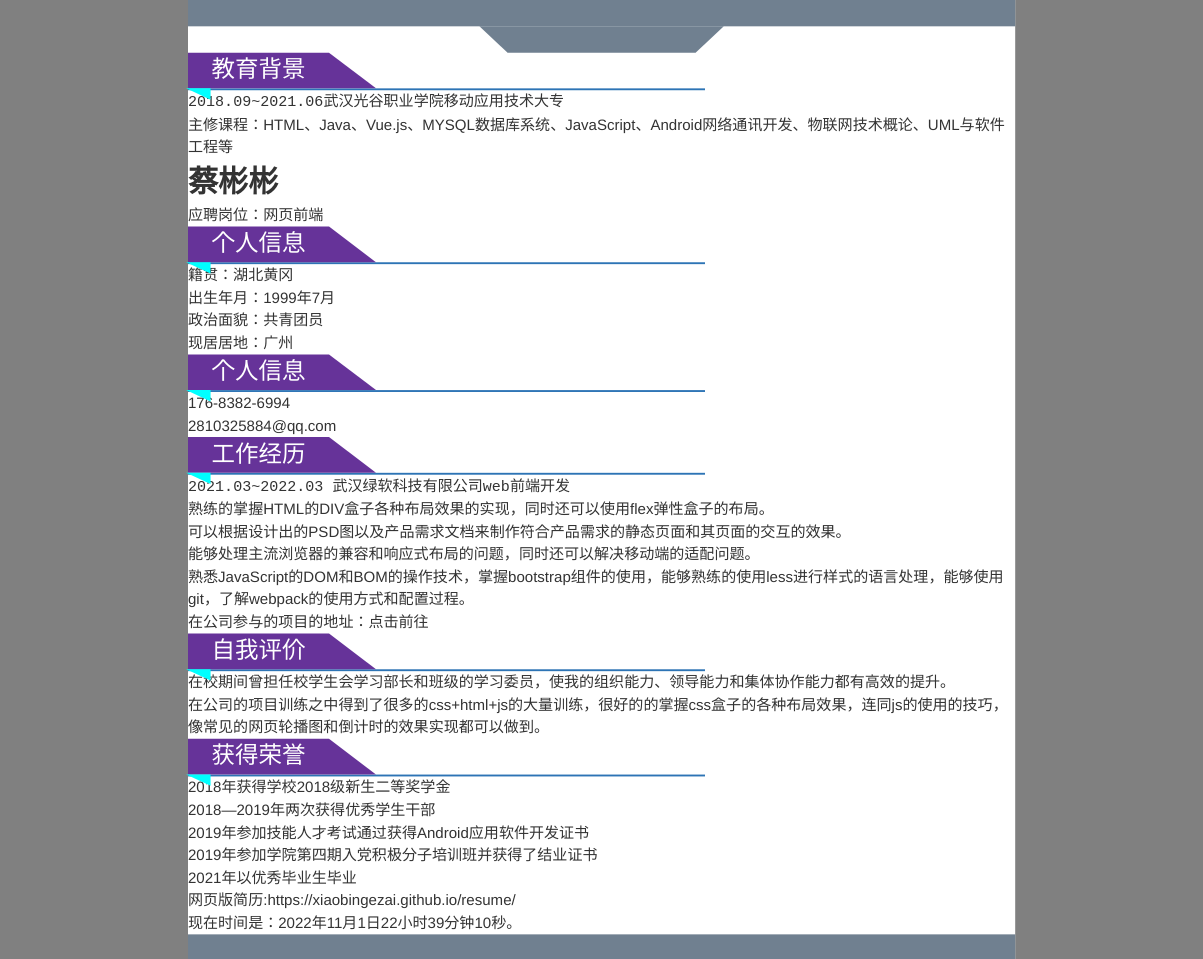
Repository: xiaobingezai/resume
Page: index.html
The author's editor kept a copy of each file at every save. The page is drawn from the files as they stood at one save, then again after the next save.
The browser window is 1280 px wide. The pictures show the whole page, at 94% of full size.

Above is the page before, as saved 2022-11-02 22:41:55.

### index.html
<!DOCTYPE html>
<html lang="en">

<head>
    <meta charset="UTF-8">
    <meta http-equiv="X-UA-Compatible" content="IE=edge">
    <meta name="viewport" content="width=device-width, initial-scale=1.0">
    <title>Document</title>
    <link rel="stylesheet" href="css/index.css">
</head>

<body>
    <div class="wrapper" id="zhengTi">
        <div class="tiXing1"></div>
        <div id="head">
            <div class="jiaoYuBeiJing">
                <div class="zhuangShiTuPian"><samp>教育背景</samp></div>
                <div class="samp1">
                    <samp>2018.09~2021.06</samp><samp>武汉光谷职业学院</samp><samp>移动应用技术</samp><samp>大专</samp>
                </div>
                <p>主修课程：HTML、Java、Vue.js、MYSQL数据库系统、JavaScript、Android网络通讯开发、物联网技术概论、UML与软件工程等</p>
            </div>
            <div id="content" class="clearfix">
                <div class="gongZuoJingLi1">
                    <div class="first">
                        <h1>蔡彬彬</h1>
                        <p>应聘岗位：网页前端</p>
                    </div>
                    <div class="second">
                        <div class="zhuangShiTuPian"><samp>个人信息</samp></div>
                        <ul class="ul1">
                            <li>籍贯：湖北黄冈</li>
                            <li>出生年月：1999年7月</li>
                            <li>政治面貌：共青团员</li>
                            <li>现居居地：广州</li>
                        </ul>
                    </div>
                    <div class="third">
                        <div class="zhuangShiTuPian"><samp>个人信息</samp></div>
                        <ul class="ul2">
                            <li>176-8382-6994</li>
                            <li>2810325884@qq.com</li>
                        </ul>
                    </div>
                </div>
                <div class="gongZuoJingLi">
                    <div class="zhuangShiTuPian"><samp>工作经历</samp></div>

                    <ul class="gongZuoJingLi2">
                        <div class="gongZuo">
                            <samp>2021.03~2022.03 </samp><samp>武汉绿软科技有限公司</samp><samp>web前端开发</samp>
                        </div>
                        <li>熟练的掌握HTML的DIV盒子各种布局效果的实现，同时还可以使用flex弹性盒子的布局。</li>
                        <li>可以根据设计出的PSD图以及产品需求文档来制作符合产品需求的静态页面和其页面的交互的效果。</li>
                        <li>能够处理主流浏览器的兼容和响应式布局的问题，同时还可以解决移动端的适配问题。</li>
                        <li>熟悉JavaScript的DOM和BOM的操作技术，掌握bootstrap组件的使用，能够熟练的使用less进行样式的语言处理，能够使用git，了解webpack的使用方式和配置过程。</li>
                        <li>在公司参与的项目的地址：<a href="http://www.downyi.com/" target="blank">点击前往</a></li>
                    </ul>
                </div>
            </div>
            <div id="tail" class="clearfix">
                <div class="diBu1">
                    <div class="zhuangShiTuPian"><samp>自我评价</samp></div>
                    <ul>
                        <li>在校期间曾担任校学生会学习部长和班级的学习委员，使我的组织能力、领导能力和集体协作能力都有高效的提升。</li>
                        <li>在公司的项目训练之中得到了很多的css+html+js的大量训练，很好的的掌握css盒子的各种布局效果，连同js的使用的技巧，像常见的网页轮播图和倒计时的效果实现都可以做到。</li>
                    </ul>
                </div>
                <div class="diBu2">
                    <div class="zhuangShiTuPian"><samp>获得荣誉</samp></div>
                    <ul>
                        <li>2018年获得学校2018级新生二等奖学金</li>
                        <li>2018—2019年两次获得优秀学生干部</li>
                        <li>2019年参加技能人才考试通过获得Android应用软件开发证书</li>
                        <li>2019年参加学院第四期入党积极分子培训班并获得了结业证书</li>
                        <li>2021年以优秀毕业生毕业</li>
                    </ul>
                </div>
                <div id="jianLi">
                    <p >网页版简历:<a href="https://xiaobingezai.github.io/resume/" target="blank">https://xiaobingezai.github.io/resume/</a></p>
                    <div class="daoJiShi"></div>
                </div>
            </div>
        </div>
        <!-- 底部 -->
        <div class="tiXing2"></div>
    </div>
    <script src="./js/index.js"></script>
</body>

</html>

### css/index.css
/* 清除默认样式的代码 */
/* 去除常见标签默认的 margin 和 padding */
body,
h1,
h2,
h3,
h4,
h5,
h6,
p,
ul,
ol,
li,
dl,
dt,
dd,
input {
    margin: 0;
    padding: 0;
}

/* 內减模式 */
* {
    box-sizing: border-box;
}

/* 设置网页统一的字体大小、行高、字体系列相关属性 */
body {
    font: 16px/1.5 "Helvetica Neue", Helvetica, Arial, "Microsoft Yahei",
        "Hiragino Sans GB", "Heiti SC", "WenQuanYi Micro Hei", sans-serif;
    color: #333;
}

/* 去除列表默认样式 */
ul,
ol {
    list-style: none;
}

/* 去除默认的倾斜效果 */
em,
i {
    font-style: normal;
}

/* 去除a标签默认下划线，并设置默认文字颜色 */
a {
    text-decoration: none;
    color: #333;
}

/* 设置img的垂直对齐方式为居中对齐，去除img默认下间隙 */
img {
    vertical-align: middle;
}

/* 去除input默认样式 */
input {
    border: none;
    outline: none;
    color: #333;
}

/* 左浮动 */
.fl {
    float: left;
}

/* 右浮动 */
.fr {
    float: right;
}

/* 双伪元素清除法 */
.clearfix::before,
.clearfix::after {
    content: "";
    display: table;
}

.clearfix::after {
    clear: both;
}

/* 版心居中 */
.wrapper {
    width: 880px;
    margin: 0 auto;
}

body{
    background-color: rgba(128, 128,128);
}
/* 装饰横条背景 */
.zhuangShiTuPian {
    position: relative;
    text-align: center;
    line-height: 40px;
    font-size: 25px;
    color: #fff;
    width: 550px;
    height: 40px;
    border-bottom: 2px solid #2d74b5;
}
.zhuangShiTuPian::after {
    content: '';
    position: absolute;
    left: -2px;

    width: 0;
    height: 0;
    border-width: 0 26px 12px 0;
    border-style: solid;
    border-color: transparent aqua;
}
.zhuangShiTuPian samp {
    display: block;
    width: 200px;
    height: 0;
    border-bottom: 38px solid rebeccapurple;
    border-right: 50px solid transparent;
}

/* 最外层的盒子的样式设置 */
#zhengTi {
    background-color: #fff;
    border-top: 28px solid #708090 ;
    border-bottom: 28px solid #708090 ;
}
#zhengTi .tiXing1 {
    width: 260px;
    height: 0;
    margin: 0 auto;
    border-top: 28px solid #708090;
    border-left: 30px solid transparent;
    border-right: 30px solid transparent;
}

/* head的区域 */
#zhengTi .head {
    padding-left: 30px;
}

### js/index.js
let daoJiShi = document.querySelector('.daoJiShi');
            shiJian();
            function shiJian() {
                let time = new Date();
                let nian = time.getFullYear();
                let yue = time.getMonth();
                let ri = time.getDate();
                let h = time.getHours();
                let m = time.getMinutes();
                let s = time.getSeconds();
                let dangQianShiJian = '现在时间是：' + +nian + '年' + (yue + 1) + '月' + ri + '日' + h + '小时' + m + '分钟' + s + '秒' +
                    '。';
                daoJiShi.innerHTML = dangQianShiJian;
            }
            setInterval('shiJian()', 1000);

After the next save:
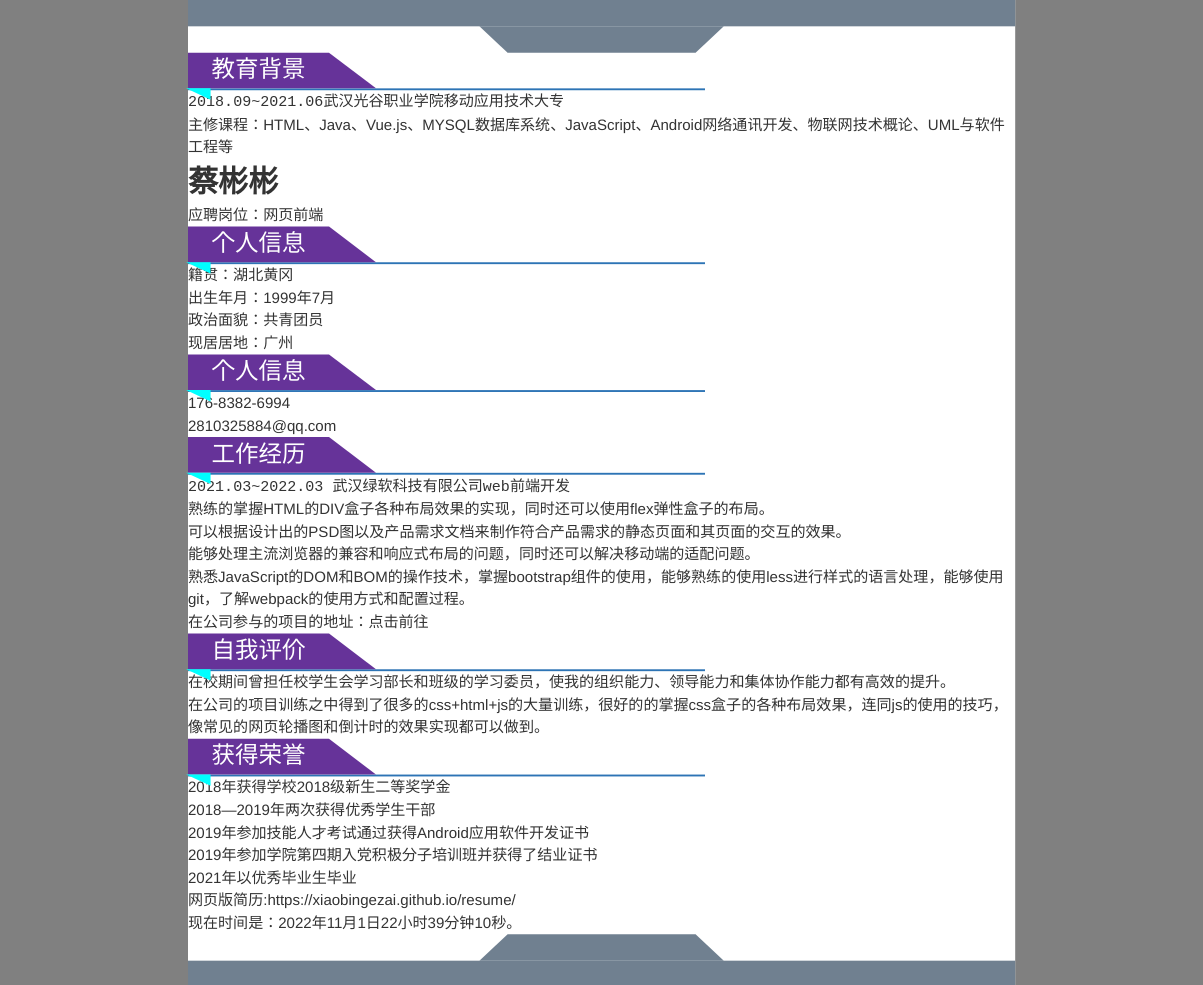
Saved 48 s later.
--- a/css/index.css
+++ b/css/index.css
@@ -135,6 +135,14 @@ body{
     border-left: 30px solid transparent;
     border-right: 30px solid transparent;
 }
+#zhengTi .tiXing2 {
+    width: 260px;
+    height: 0;
+    margin: 0 auto;
+    border-bottom: 28px solid #708090;
+    border-left: 30px solid transparent;
+    border-right: 30px solid transparent;
+}
 
 /* head的区域 */
 #zhengTi .head {
